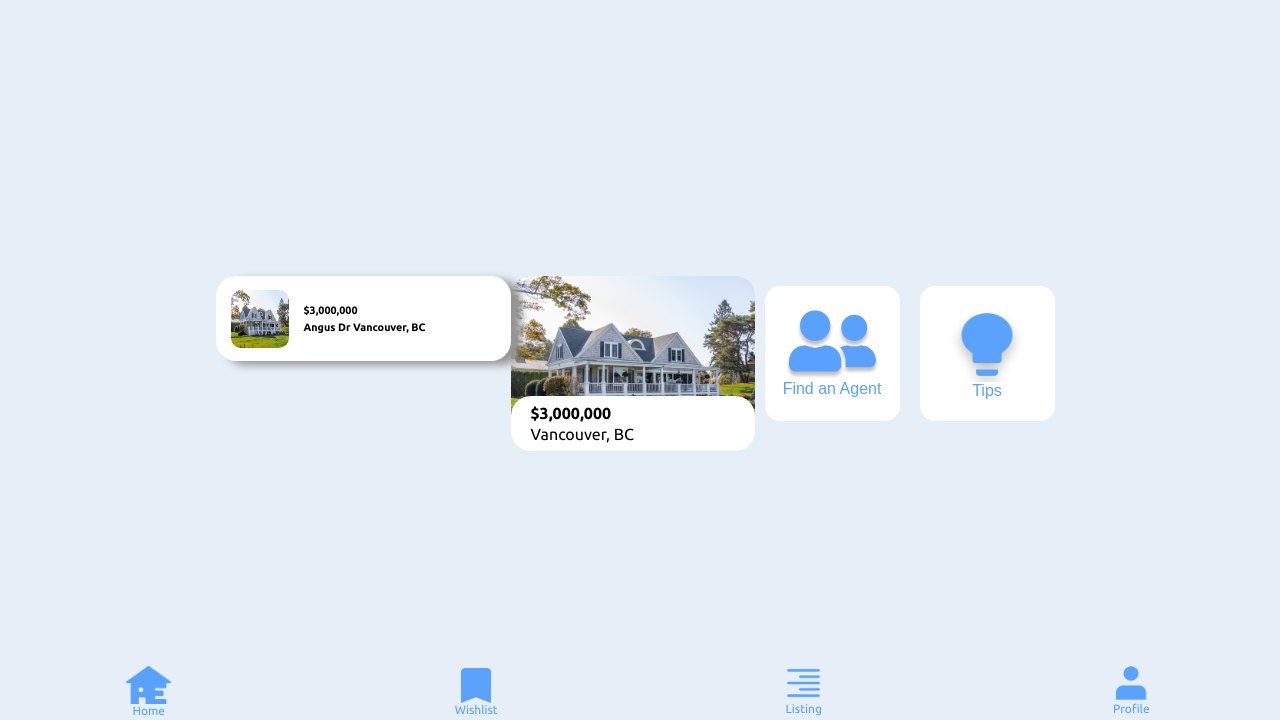
Repository: msyukurrr/realeasy
Page: /
An editor plug-in stored every save of this project. The page is shown before and after a run of saves, followed by the edit.
The browser window is 1280 px wide. The pictures show the whole page.
The project was rebuilt for these pictures with package versions that can differ from the ones it lists, and the page was loaded fresh each time. The framework's server and built-in components were replaced by stand-ins that run in the browser. Also part of the build but not shown: next.config.js, components/CatButton.js.

Above is the page before, as saved 2023-01-27 19:50:17.

After the next 3 saves:
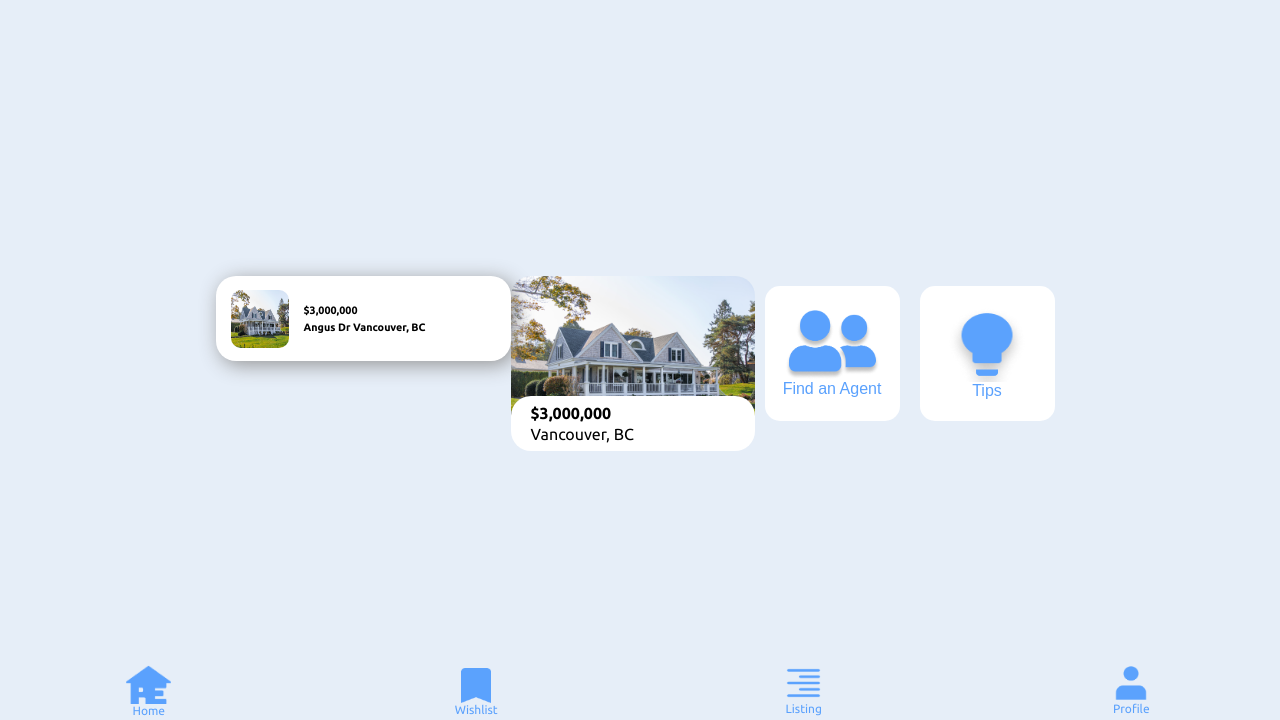
The 3 saves are shown as one change because they came seconds apart.
The last was saved 13 s later.
--- a/components/FavCard.js
+++ b/components/FavCard.js
@@ -9,7 +9,7 @@ const CardCont = styled.div`
     border-radius:20px;
     align-items:center;
     color:black;
-    filter: drop-shadow(10px 4px 4px #949494)
+    filter: drop-shadow(4px 4px 10px #949494)
 
 `;
 
